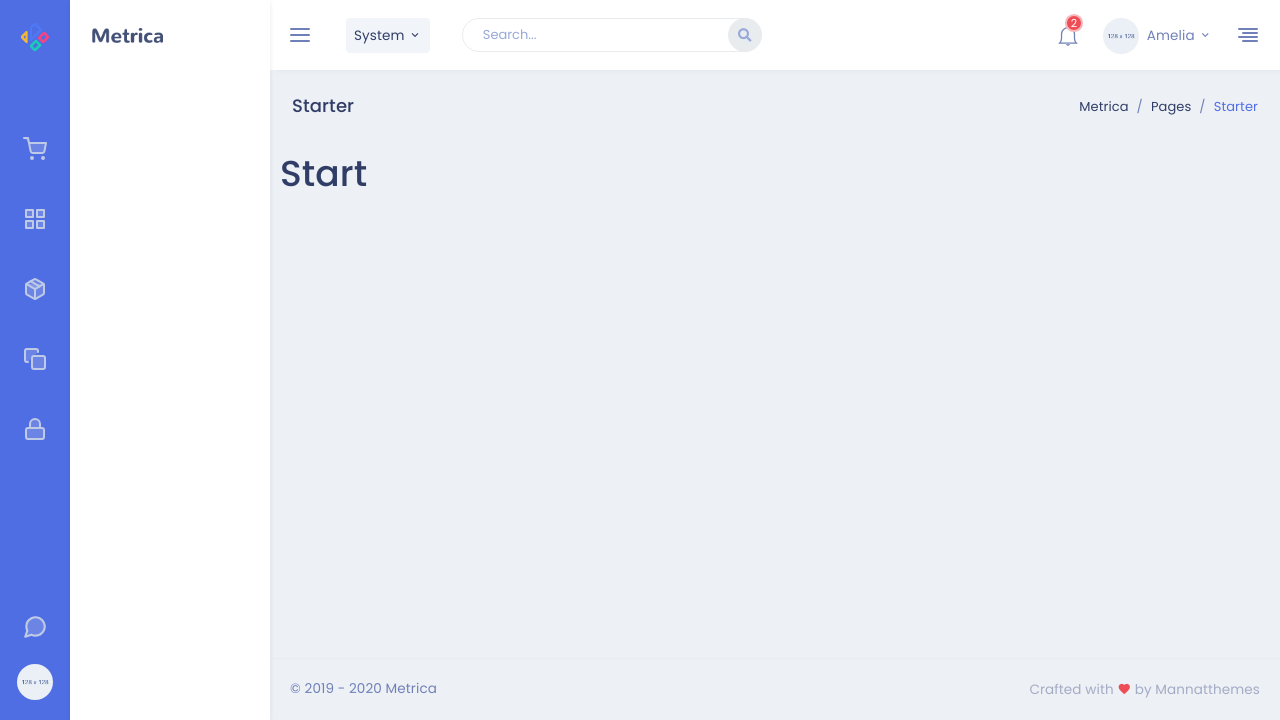
Repository: elvinyeka/Smart-Mobile
Page: http://localhost/admin
These files come from the project's save history. The page is drawn as it stood at one moment and after the next save; the edit follows.
The browser window is 1280 px wide. The pictures show the whole page.
The page is served by the project's application, run on Flask 3 (Smart/__init__.py).

Above is the page before, as saved 2020-11-18 22:46:58.

After the next save:
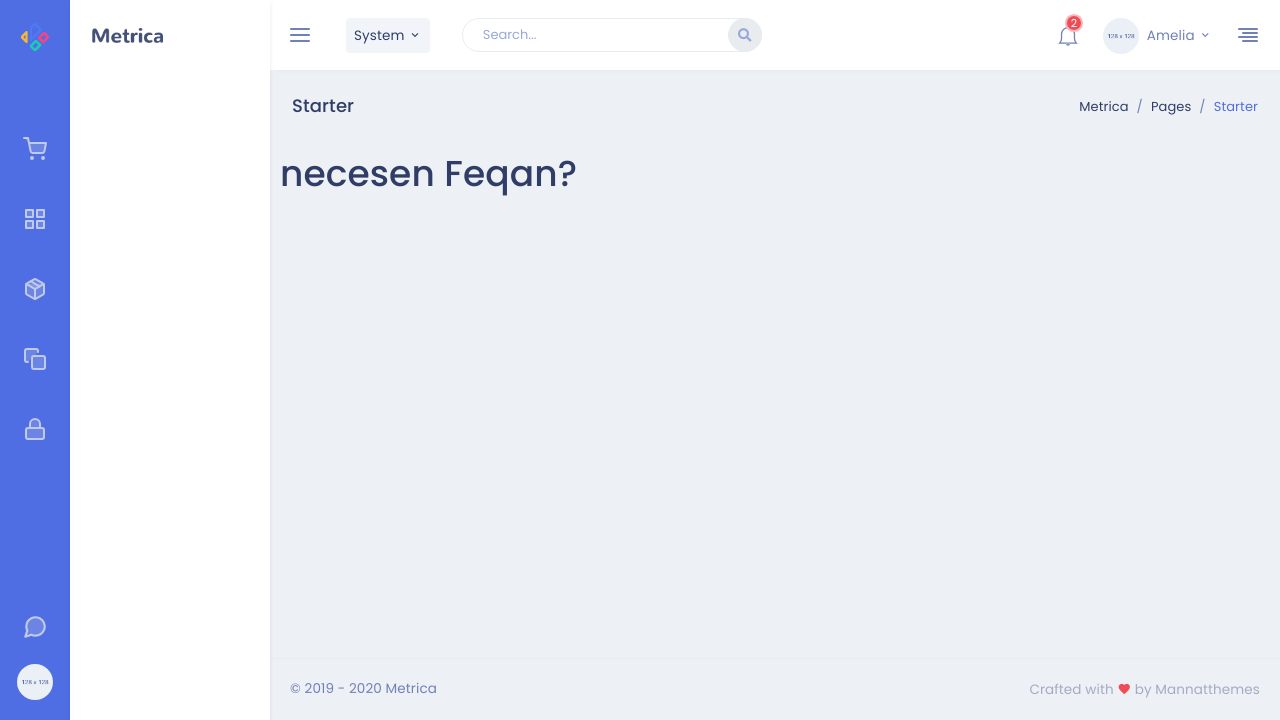
Saved 87 min 26 s later.
--- a/Smart/templates/admin/index.html
+++ b/Smart/templates/admin/index.html
@@ -1,6 +1,6 @@
 {% extends 'admin/layout.html' %}
 
 {% block content %}
-    <h1>Start</h1>
+    <h1>necesen Feqan?</h1>
 
 {% endblock content %}
